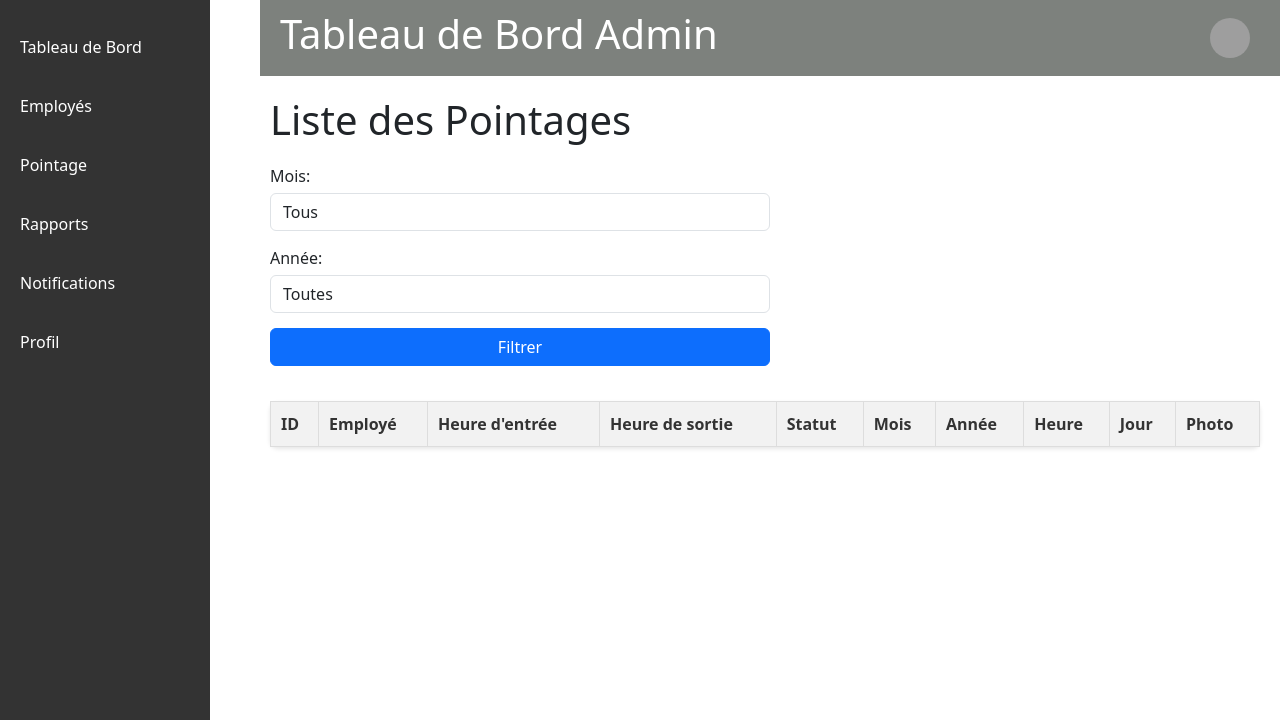
Repository: safa39652/projet-de-developpement-
Page: templates/pointage/liste.html.twig
These files come from the project's save history. The page is drawn as it stood at one moment and after the next save; the edit follows.
The browser window is 1280 px wide. The pictures show the whole page.
Pictures or frames that could not be fetched are drawn as grey boxes. Some web libraries are served in a nearby version. The page is a Twig template of a Symfony application; nobody is signed in and links lead nowhere. The template is opened directly, without the code that normally fills it, so the values that code supplies are empty.

Above is the page before, as saved 2024-12-27 22:30:55.

After the next save:
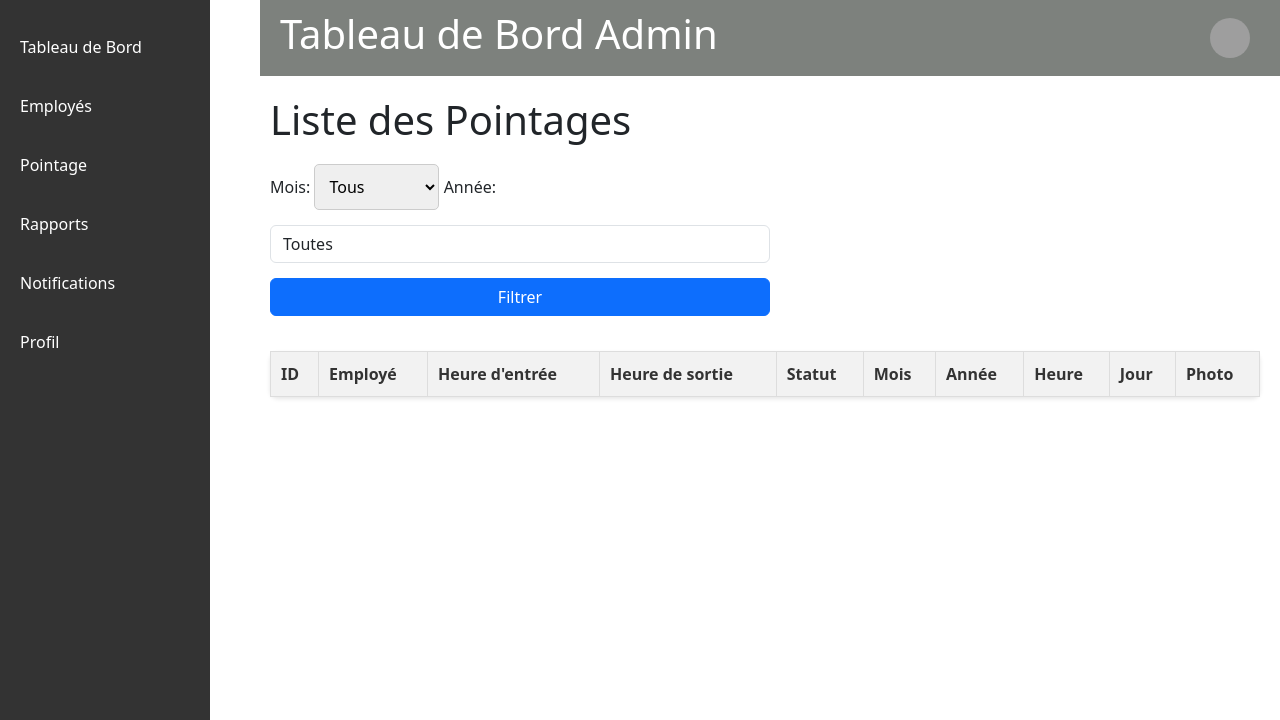
Saved 6 s later.
--- a/templates/pointage/liste.html.twig
+++ b/templates/pointage/liste.html.twig
@@ -10,7 +10,7 @@
     <form method="get" action="{{ path('filter') }}" class="form-inline">
         <div class="form-group mr-2">
             <label for="mois" class="mr-2">Mois:</label>
-            <select name="mois" id="mois" class="form-control">
+            <select name="mois" id="mois" >
                 <option value="">Tous</option>
                 <option value="01" {% if app.request.get('mois') == '01' %}selected{% endif %}>Janvier</option>
                 <option value="02" {% if app.request.get('mois') == '02' %}selected{% endif %}>Février</option>
